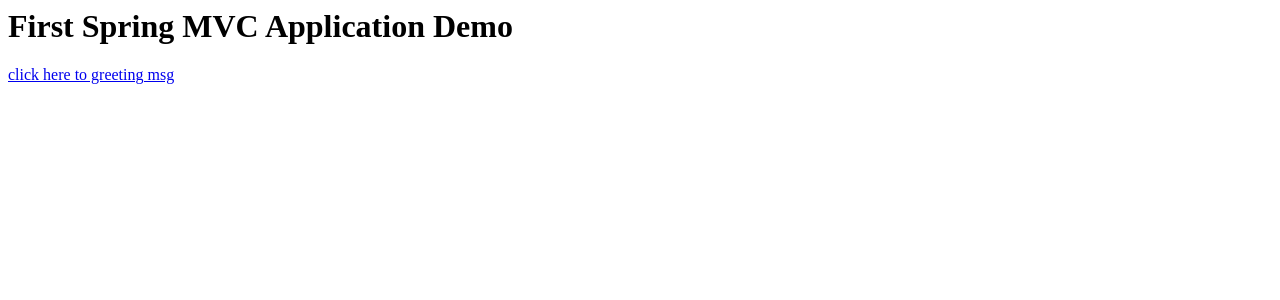
Repository: anujsachan89/Spring-MVC
Page: http://localhost/SpringMVC2/
The author's editor kept a copy of each file at every save. The page is drawn from the files as they stood at one save, then again after the next save.
The browser window is 1280 px wide. The pictures show the whole page.
The page is served by Tomcat 9.

Above is the page before, as saved 2017-02-02 13:48:56.

After the next save:
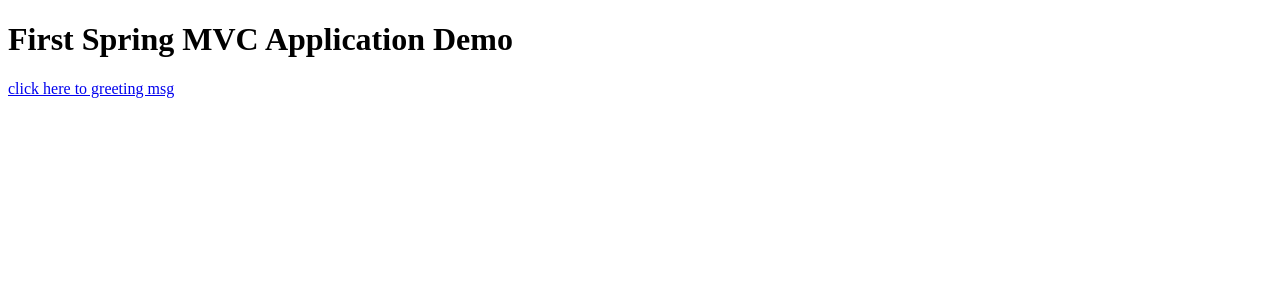
Saved 14 h 32 min later.
--- a/Spring-MVC workspace/SpringMVC2/src/main/webapp/index.jsp
+++ b/Spring-MVC workspace/SpringMVC2/src/main/webapp/index.jsp
@@ -1,6 +1,10 @@
+<%@ page language="java" contentType="text/html; charset=UTF-8"
+    pageEncoding="UTF-8"%>
+<!DOCTYPE html PUBLIC "-//W3C//DTD HTML 4.01 Transitional//EN" "http://www.w3.org/TR/html4/loose.dtd">
 <html>
 <body>
 	<h1>First Spring MVC Application Demo</h1>
+	<h2>${msg}</h2>
 	<a href="welcome">click here to greeting msg</a>
 </body>
 </html>
